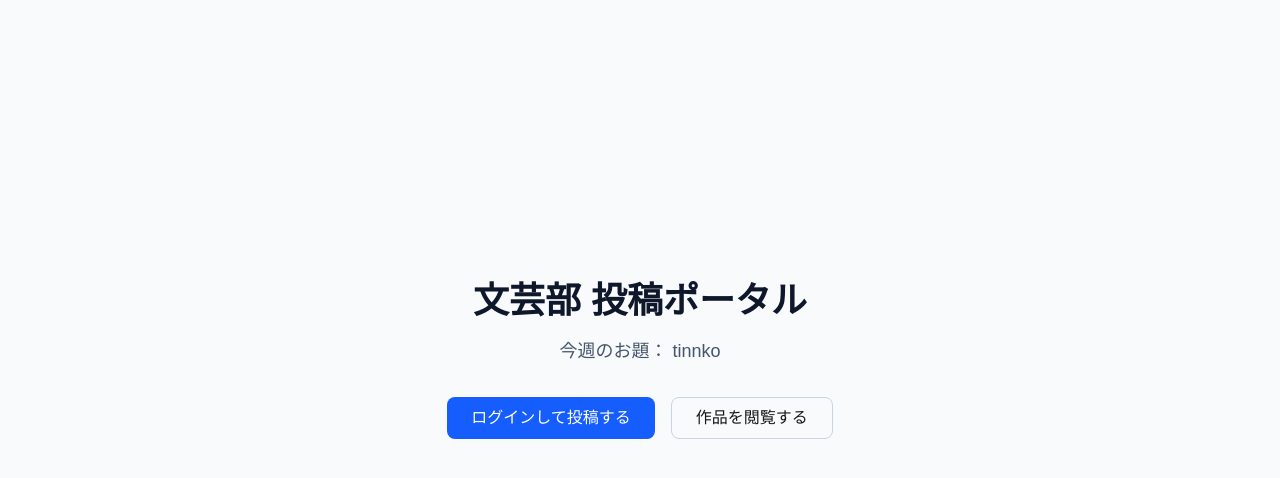
Repository: P-man2976/Literary-club-app
Page: /
An editor plug-in stored every save of this project. The page is shown before and after the next save, followed by the edit.
The browser window is 1280 px wide. The pictures show the whole page.
The project was rebuilt for these pictures with package versions that can differ from the ones it lists, and the page was loaded fresh each time. The framework's server and built-in components were replaced by stand-ins that run in the browser. Also part of the build but not shown: next.config.ts.

Above is the page before, as saved 2026-01-31 11:00:10.

After the next save:
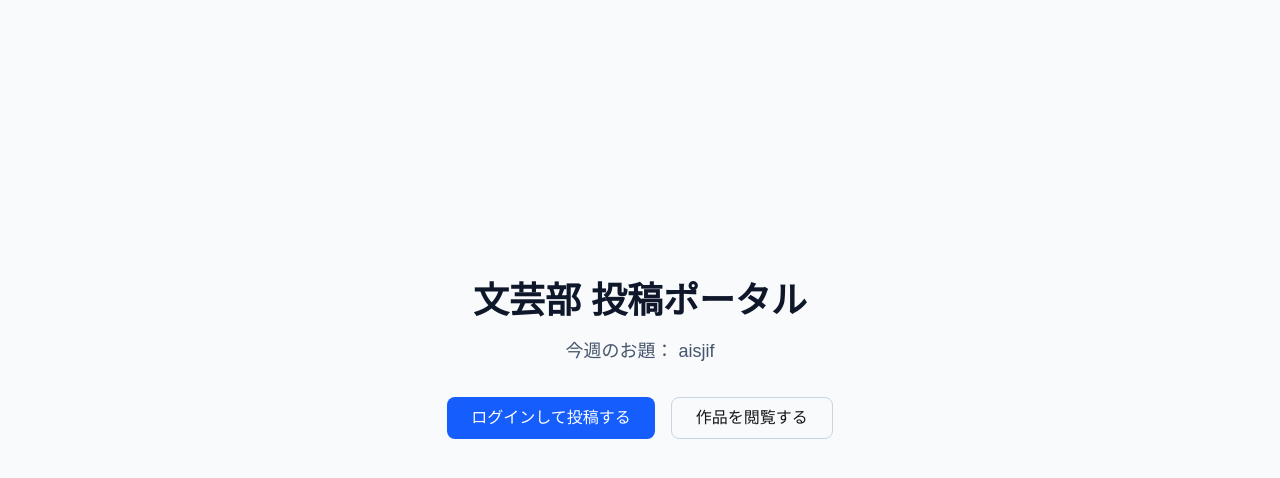
Saved 6 s later.
--- a/app/page.tsx
+++ b/app/page.tsx
@@ -5,7 +5,8 @@ export default function Home() {
         文芸部 投稿ポータル
       </h1>
       <p className="text-lg text-slate-600 mb-8">
-        今週のお題： tinnko
+        今週のお題： aisjif
+
       </p>
       <div className="flex gap-4">
         <button className="px-6 py-2 bg-blue-600 text-white rounded-lg font-medium">
